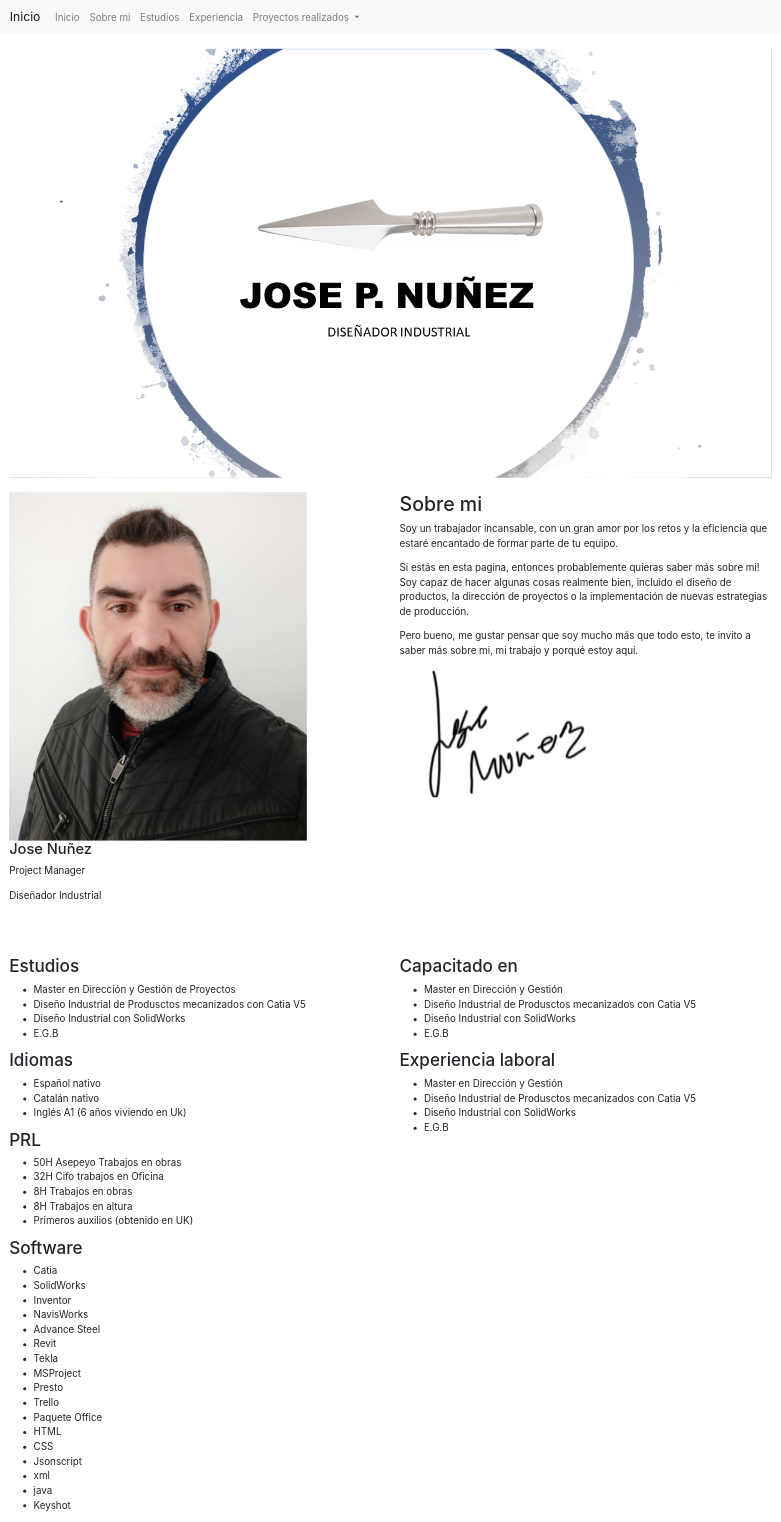
Repository: Hrotgarion1/jose
Page: index.html
The author's editor kept a copy of each file at every save. The page is drawn from the files as they stood at one save, then again after the next save.
The browser window is 1280 px wide. The pictures show the whole page, at 61% of full size.

Above is the page before, as saved 2020-09-29 19:28:25.

After the next save:
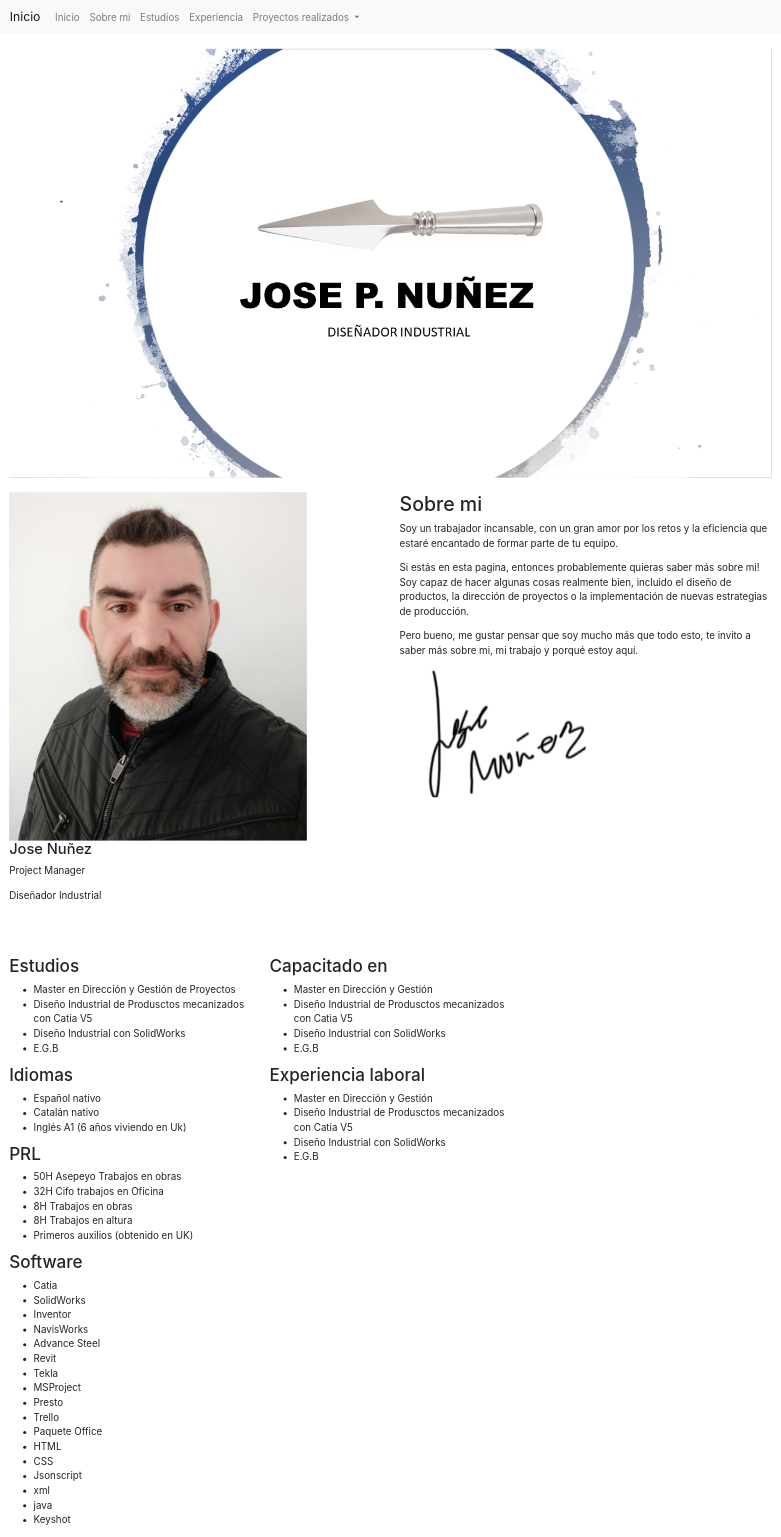
Saved 4 min 43 s later.
--- a/index.html
+++ b/index.html
@@ -84,7 +84,8 @@
         <!--Seccion en la que pongo unas listas con mis capacidades y mis estudios-->
 
         <section class="main row" id="cv">
-          <article class="col-xs-12 col-sm-6 col-md-6 col-lg-6">
+          <div class="col-xs-1"></div>
+          <article class="col-xs-10 col-sm-4 col-md-4 col-lg-4">
               <h3>Estudios</h3>
               <ul>
                 <li>Master en Dirección y Gestión de Proyectos</li>
@@ -132,7 +133,7 @@
           </article>
           <br>
 
-         <aside class="col-xs-12 col-sm-6 col-md-6 col-lg-6">
+         <aside class="col-xs-10 col-sm-4 col-md-4 col-lg-4">
           <h3>Capacitado en</h3>
               <ul>
                 <li>Master en Dirección y Gestión</li>
@@ -148,6 +149,7 @@
                 <li>E.G.B</li>
               </ul>
        </aside>
+       <div class="col-xs-1"></div>
         </section>
 
 
